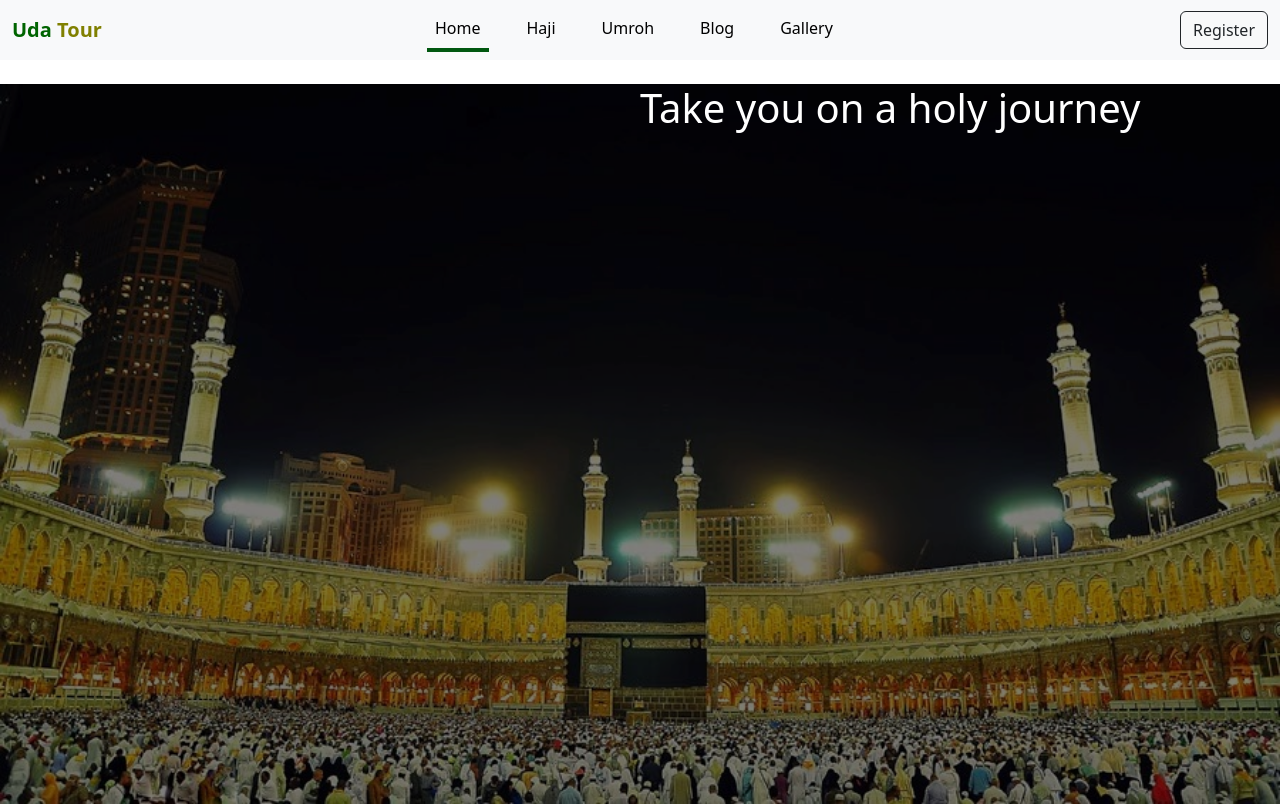
Repository: Putrabobi/Task7
Page: index.html
The author's editor kept a copy of each file at every save. The page is drawn from the files as they stood at one save, then again after the next save.
The browser window is 1280 px wide. The pictures show the whole page.

Above is the page before, as saved 2024-03-25 10:38:13.

### index.html
<!DOCTYPE html>
<html lang="en">

<head>
    <meta charset="UTF-8">
    <meta name="viewport" content="width=device-width, initial-scale=1.0">
    <title>Haji & Umroh</title>
    <link href="https://cdn.jsdelivr.net/npm/bootstrap@5.3.3/dist/css/bootstrap.min.css" rel="stylesheet"
        integrity="sha384-QWTKZyjpPEjISv5WaRU9OFeRpok6YctnYmDr5pNlyT2bRjXh0JMhjY6hW+ALEwIH" crossorigin="anonymous">
</head>

<body>
    <nav class="navbar navbar-expand-lg  bg-body-tertiary mb-4">
        <div class="container-fluid">
            <a class="navbar-brand" href="#">
                <span style="color: darkgreen;" class="fw-bold">Uda</span>
                <span style="color: olive;" class="fw-bold">Tour</span>
            </a>

            <button class="navbar-toggler" type="button" data-bs-toggle="collapse"
                data-bs-target="#navbarSupportedContent" aria-controls="navbarSupportedContent" aria-expanded="false"
                aria-label="Toggle navigation">
                <span class="navbar-toggler-icon"></span>
            </button>
            <div class="collapse navbar-collapse" id="navbarSupportedContent">
                <ul class="navbar-nav me-auto mb-2 mb-lg-0 mx-auto">
                    <li class="nav-item" style="margin-right: 30px;">
                        <a class="nav-link active" aria-current="page" href="#" style="border-bottom: 4px solid #00570f; color: #000000;">Home</a>
                    </li>
                    <li class="nav-item" style="margin-right: 30px;">
                        <a class="nav-link" href="#" style="color: #000;">Haji</a>
                    </li>
                    <li class="nav-item" style="margin-right: 30px;">
                        <a class="nav-link disabled" style="color: #000;">Umroh</a>
                    </li>
                    <li class="nav-item" style="margin-right: 30px;">
                        <a class="nav-link disabled" style="color: #000;">Blog</a>
                    </li>
                    <li class="nav-item" style="margin-right: 30px;">
                        <a class="nav-link disabled" style="color: #000;">Gallery</a>
                    </li>
                </ul>
                    <button class="btn btn-outline-dark" type="submit">Register</button>
            </div>

        </div>
    </nav>

    <div class="container-fluid p-0 position-relative">
        <img src="images/mekkah.jpg" style="filter: brightness(50%);" alt="Mekkah" width="100%">
        <h1 class="position-absolute start-50 top-0  text-center" style="color: white;">Take you on a holy journey</h1>
    </div>



</body>

</html>

After the next save:
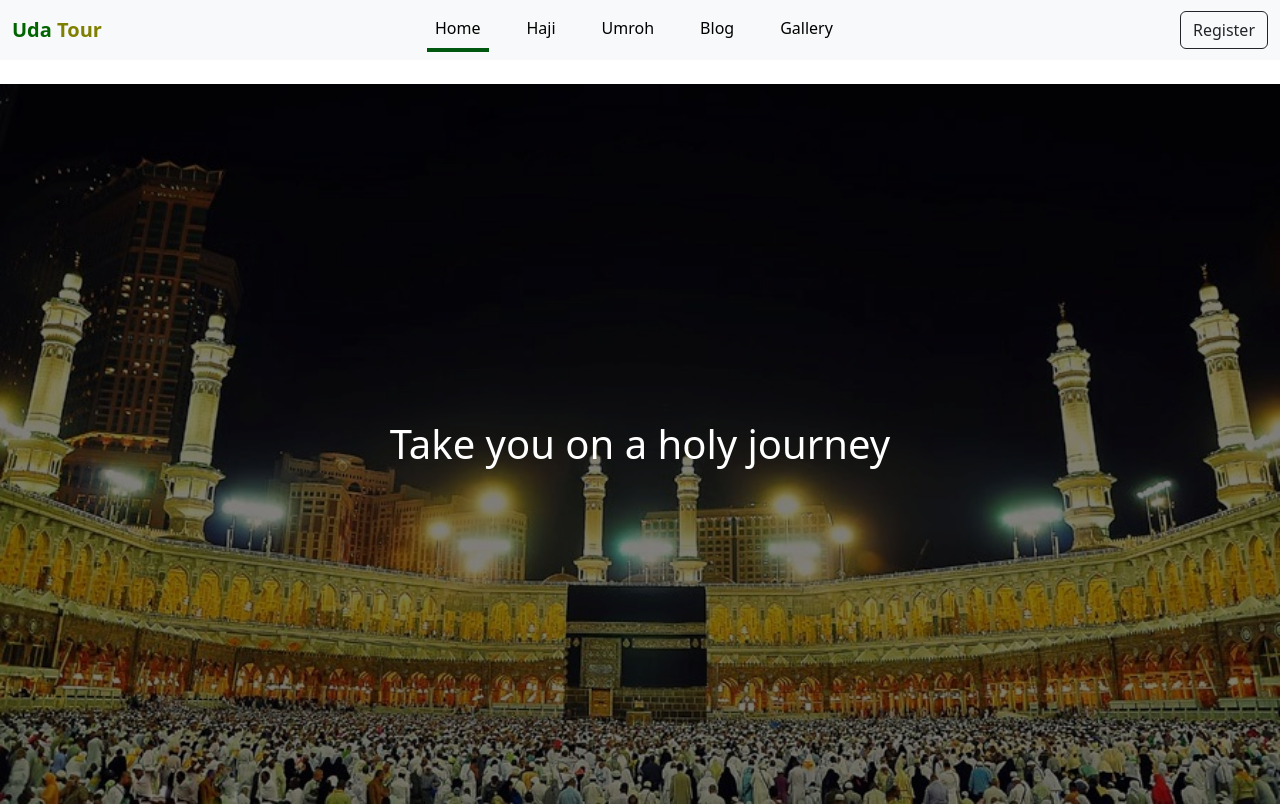
Saved 42 s later.
--- a/index.html
+++ b/index.html
@@ -48,8 +48,9 @@
 
     <div class="container-fluid p-0 position-relative">
         <img src="images/mekkah.jpg" style="filter: brightness(50%);" alt="Mekkah" width="100%">
-        <h1 class="position-absolute start-50 top-0  text-center" style="color: white;">Take you on a holy journey</h1>
+        <h1 class="position-absolute start-50 top-50 translate-middle text-center" style="color: white;">Take you on a holy journey</h1>
     </div>
+
 
 
 
